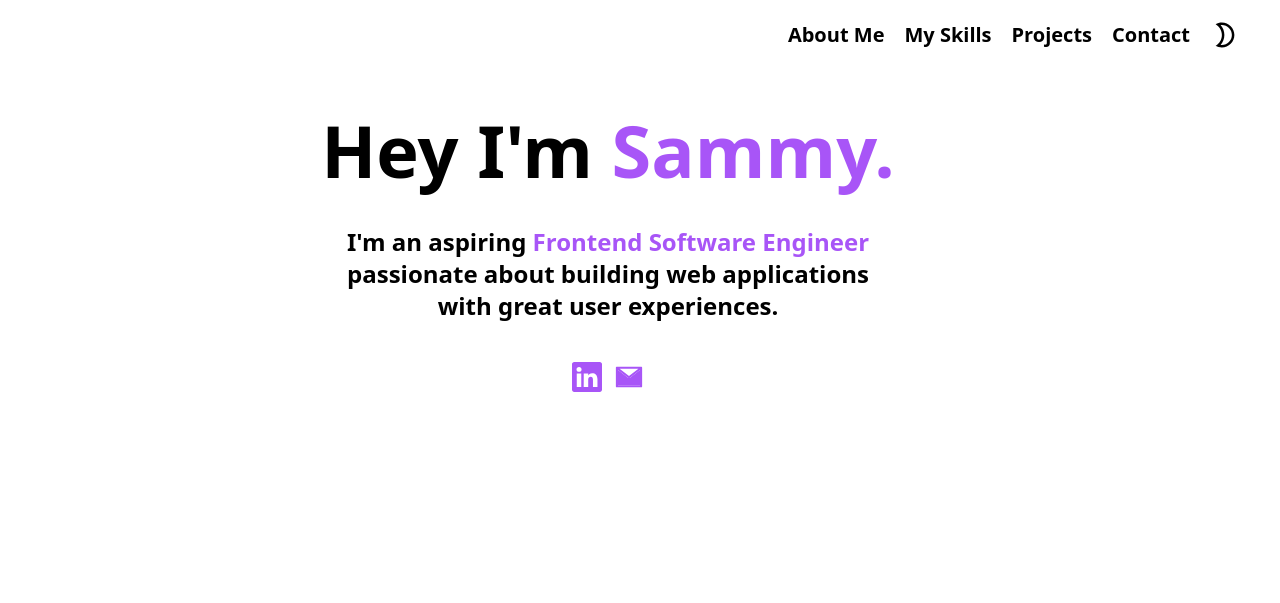
Repository: Al123Kudayyd/e-portfolio
Page: /
The author's editor kept a copy of each file at every save. The page is drawn from the files as they stood at one save, then again after the next save.
The browser window is 1280 px wide. The pictures show the whole page.
The project was rebuilt for these pictures with package versions that can differ from the ones it lists, and the page was loaded fresh each time. The framework's server and built-in components were replaced by stand-ins that run in the browser. Also part of the build but not shown: next.config.js.

Above is the page before, as saved 2023-06-06 23:27:20.

### pages/index.tsx
import Info from "@/components/Info";
import Nav from "@/components/Nav";



export default function Home() {
  return (
    <>
      <Nav />
      <div className="flex justify-center items-center mt">
        <Info />
        <div className="border-black h-16 w-16"></div>
      </div>


    </>
  )
}

### components/Info.tsx
import { BsLinkedin } from 'react-icons/bs'
import { AiTwotoneMail } from 'react-icons/ai'

function Info() {
  return (
    <div className="overflow-hidden">
        <div className="space-y-10 my-11 flex-col text-center justify-center items-center mx-2">
          <h1 className="text-7xl font-bold">Hey I'm <span className="text-purple-500">Sammy.</span></h1>
          <h3 className="text-2xl font-semibold">I'm an aspiring <span className="text-purple-500">Frontend Software Engineer</span> <br /> passionate about building web applications <br /> with great user experiences.</h3>
          <div className="flex justify-center items-center space-x-3 text-3xl text-purple-500 cursor-pointer">
            <BsLinkedin />
            <AiTwotoneMail />
          </div>
        </div>
      </div>
  )
}

export default Info

### components/Nav.tsx
import { MdOutlineModeNight } from 'react-icons/md'
import { FaBars } from 'react-icons/fa'

function Nav() {
  return (
    <div className='my-5 mx-10 flex items-center justify-end font-bold cursor-pointer'>
        <FaBars className='flex md:hidden lg:hidden text-2xl hover:text-purple-500 transition' />
        <ul className='md:flex lg:flex hidden space-x-5 items-center justify-end text-xs sm:text-xl'>
            <li className='hover:text-purple-500 transition'>About Me</li>
            <li className='hover:text-purple-500 transition'>My Skills</li>
            <li className='hover:text-purple-500 transition'>Projects</li>
            <li className='hover:text-purple-500 transition'>Contact</li>
            <li><MdOutlineModeNight className='text-3xl hover:scale-110 transition' /></li>

        </ul>

    </div>
  )
}

export default Nav

Loaded but not shown: pages/_app.tsx (common file); pages/_document.tsx (common file); styles/globals.css (common file); tailwind.config.js (common file)

After the next save:
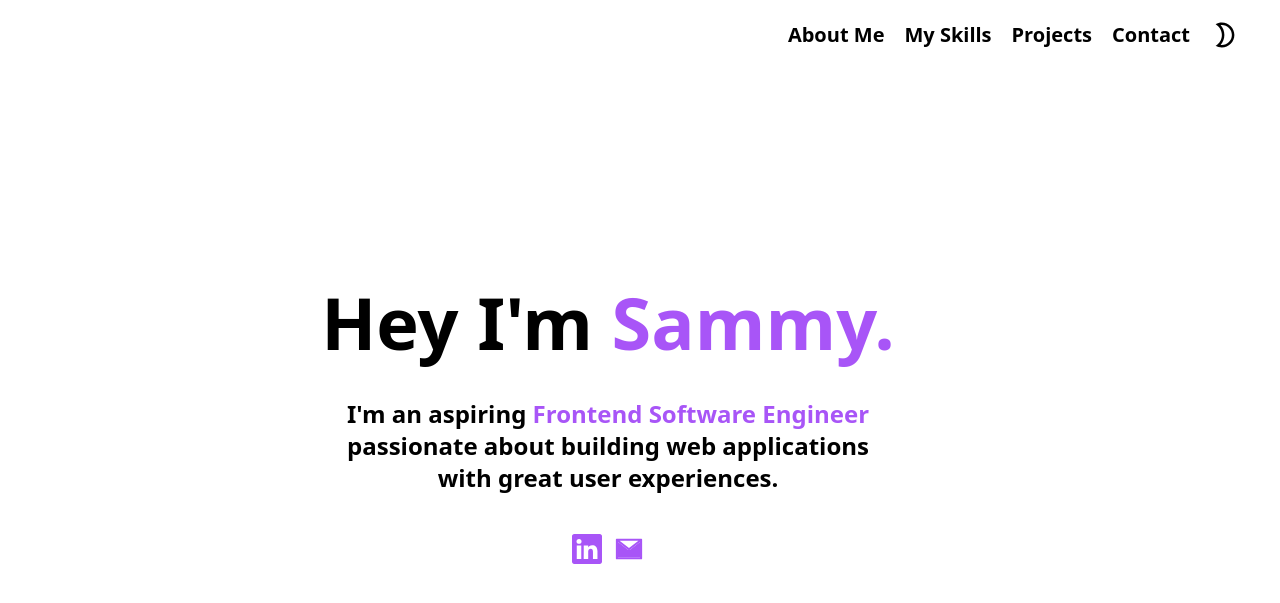
Saved 5 s later.
--- a/pages/index.tsx
+++ b/pages/index.tsx
@@ -7,7 +7,7 @@
   return (
     <>
       <Nav />
-      <div className="flex justify-center items-center mt">
+      <div className="flex justify-center items-center mt-48">
         <Info />
         <div className="border-black h-16 w-16"></div>
       </div>

After the 2 saves that followed:
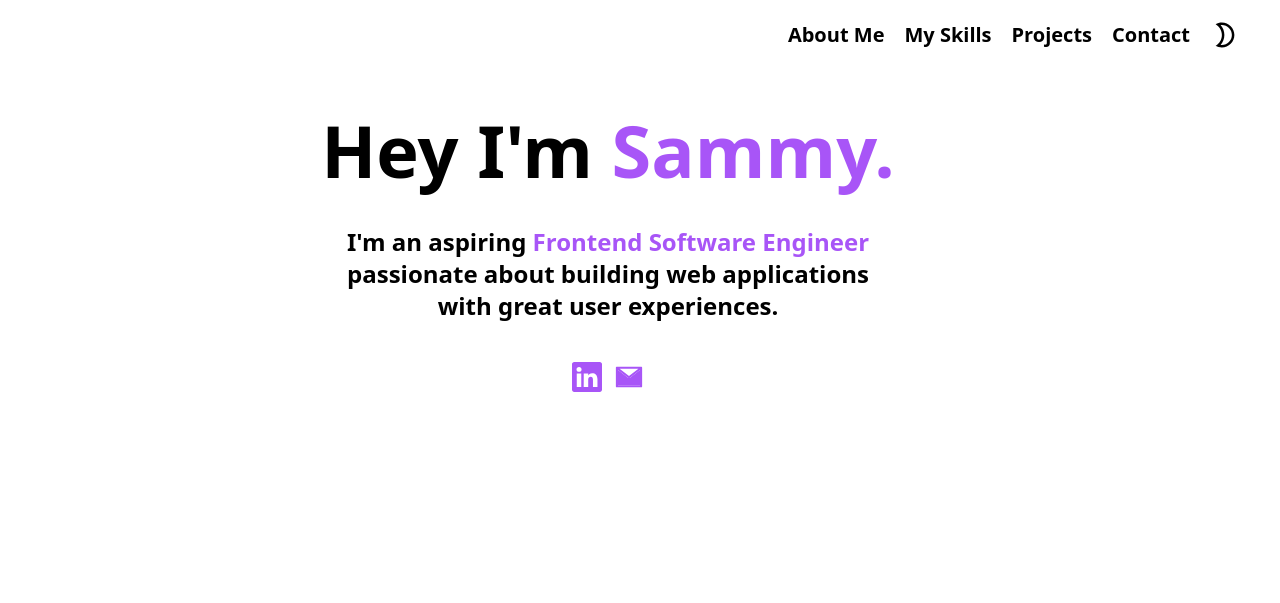
The 2 saves are shown as one change because 1 left the picture as it was.
The last was saved 101 s later.
--- a/pages/index.tsx
+++ b/pages/index.tsx
@@ -7,7 +7,7 @@
   return (
     <>
       <Nav />
-      <div className="flex justify-center items-center mt-48">
+      <div className="flex justify-center items-center ">
         <Info />
         <div className="border-black h-16 w-16"></div>
       </div>
